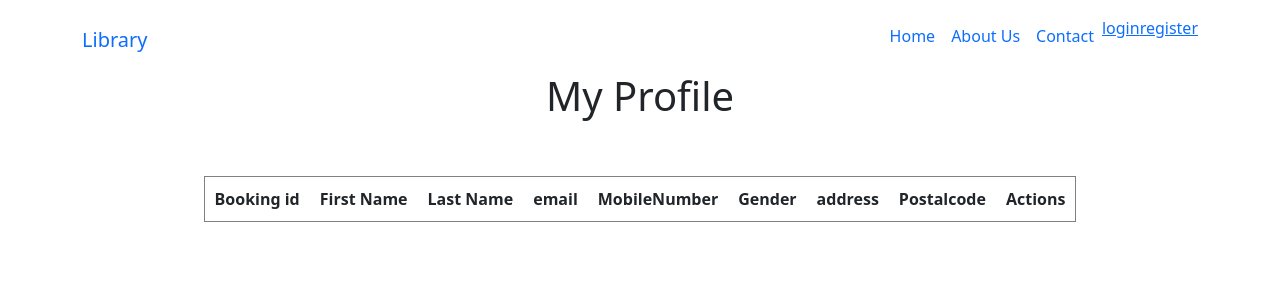
Repository: gousiya669/edubridgeprojects
Page: http://localhost/index
These files come from the project's save history. The page is drawn as it stood at one moment and after the next save; the edit follows.
The browser window is 1280 px wide. The pictures show the whole page.
The page is this project's Thymeleaf template; nobody is signed in. The template is opened directly, without the code that normally fills it, so the values that code supplies are empty.

Above is the page before, as saved 2021-10-05 05:52:46.

After the next save:
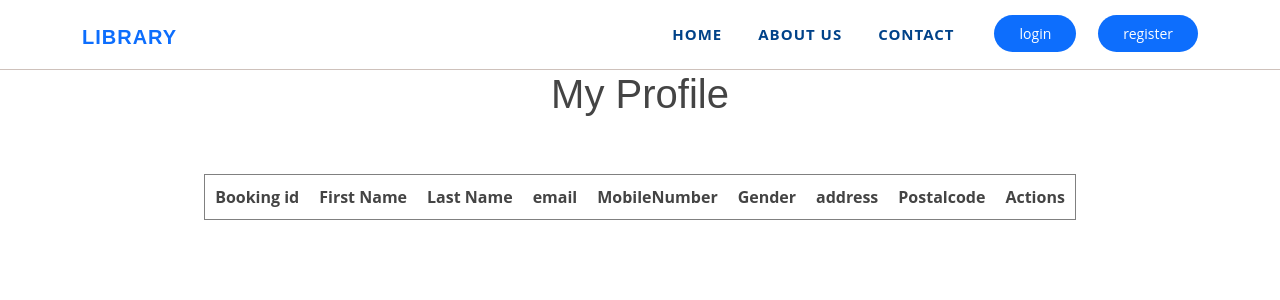
Saved 38 s later.
--- a/java code/eclipse-workspace/shoppingmart/src/main/resources/templates/index.html
+++ b/java code/eclipse-workspace/shoppingmart/src/main/resources/templates/index.html
@@ -6,7 +6,125 @@
 <meta charset="utf-8"/>
 <title>Shopping mart</title>
 <link href="https://cdn.jsdelivr.net/npm/bootstrap@5.1.1/dist/css/bootstrap.min.css" rel="stylesheet" integrity="sha384-F3w7mX95PdgyTmZZMECAngseQB83DfGTowi0iMjiWaeVhAn4FJkqJByhZMI3AhiU" crossorigin="anonymous">
-
+<style>
+/*--------------------------------------------------------------
+# General
+--------------------------------------------------------------*/
+body {
+  font-family: "Open Sans", sans-serif;
+  color: #444444;
+}
+
+a {
+  /*color: #0d6efd;*/
+  text-decoration: none;
+}
+
+a:hover {
+  /*color: #86db9f;*/
+  text-decoration: none;
+}
+
+h1, h2, h3, h4, h5, h6 {
+  font-family: "Raleway", sans-serif;
+}
+
+/*
+==========================================
+   Header Design
+==========================================
+*/
+.navigation-wrap {
+    /*position: fixed;*/
+    width: 100%;
+    left: 0;
+    z-index: 1000;
+    -webkit-transition: all 0.3s ease-out;
+    transition: all 0.3s ease-out;
+    padding: 15px 0;
+}
+.navigation-wrap .nav-item{
+  padding:0 0.625rem;
+  transition:all 200ms linear;
+}
+.navbar-toggler:focus{
+  outline:unset;
+  border:unset;
+  box-shadow: none;
+}
+.nav-link{
+  font-size:0.9375rem;
+  font-weight: 600;
+  text-transform: capitalize;
+  color:var(--primary-color);
+  letter-spacing: 1px;
+}
+.navigation-wrap .main-btn{
+  padding:0.3125rem 1.4375rem;
+  box-shadow: none;
+  margin-left:0.625rem;
+}
+
+/* Change navbar styling on scroll */
+
+.navigation-wrap.scroll-on{
+  position:fixed;
+  top:0;
+  left:0;
+  width:100%;
+  background:var(--white-color);
+  box-shadow: 0 0.125rem 1.75rem 0 rgb(0,0,0,0.09);
+  transition:all .15s ease-in-out 0s;
+}
+
+
+
+     nav.navbar.navbar-expand-lg.navigation-wrap {
+    /* background: linear-gradient(to right, rgba(38,183,231,1) 0%, rgba(68,221,97,1) 100%) !important; */
+    background: white;
+    border-bottom: 1px solid #cec1bb;
+}
+
+a.nav-link {
+    color: #004289;
+    font-weight: 700;
+    text-transform: uppercase;
+}
+.login {
+  margin-left: 22px;
+  background: #0d6efd;
+  color: #fff;
+  border-radius: 50px;
+  padding: 8px 25px;
+  white-space: nowrap;
+  transition: 0.3s;
+  font-size: 14px;
+  display: inline-block;
+}
+
+.login:hover {
+  background: #0d6efd;
+  color: #fff;
+}
+.logo {
+    font-size: 30px;
+    margin: 0;
+    padding: 0;
+    line-height: 1;
+    font-weight: 600;
+    letter-spacing: 1px;
+    text-transform: uppercase;
+    font-family: "Poppins", sans-serif;
+}
+
+@media (max-width: 768px) {
+  .get-started-btn {
+    margin: 0 15px 0 0;
+    padding: 6px 18px;
+  }
+}
+
+</style>
 </head>
 <body>
 
